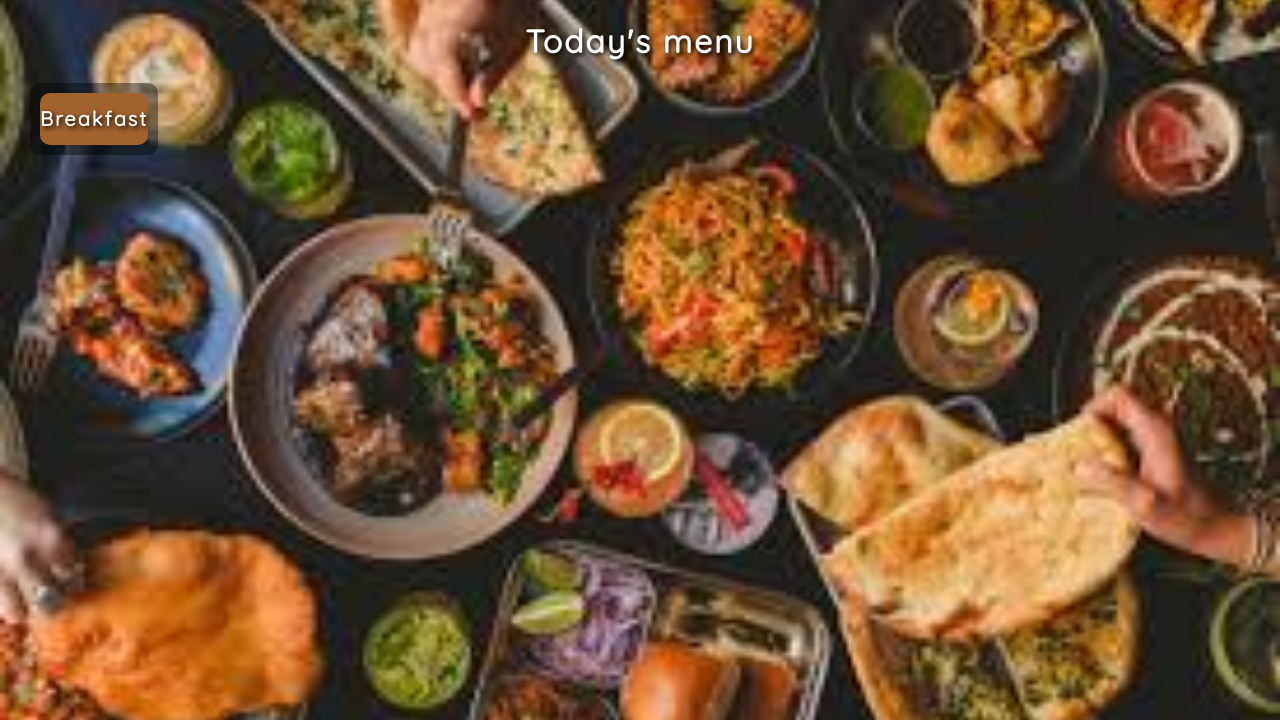
Repository: Anasooya2601/drag-and-drop
Page: index.html
The author's editor kept a copy of each file at every save. The page is drawn from the files as they stood at one save, then again after the next save.
The browser window is 1280 px wide. The pictures show the whole page.

Above is the page before, as saved 2021-02-05 01:19:57.

### index.html
<!DOCTYPE html>
<html lang="en">
<head>
    <meta charset="UTF-8">
    <meta name="viewport" content="width=device-width, initial-scale=1.0">
    <title>Drag and Drop</title>
    <link rel="icon" type="image/png" href="favicon.png">
    <link rel="stylesheet" href="style.css">
</head>
<body>
    <h1 class="main-title">Today's menu</h1>
    <div class="drag-container">
        <ul class="drag-list">
<!-- breakfast column -->
<li class="drag-column backlog-column">
    <span class="header">
        <h1>Breakfast</h1>
    </span>
    <!-- breakfast-content -->
</li>
        </ul>
    </div>
    <!-- Script -->
    <script src="script.js"></script>
</body>
</html>

### style.css
/* Trees Image - Pexels: https://www.pexels.com/photo/photo-of-trees-in-forest-3801030/ */
@import url("https://fonts.googleapis.com/css?family=Quicksand&display=swap");

html {
  box-sizing: border-box;
}

:root {
  --column-1: #a2622d;
  --column-2: #1b6161;
  --column-3: #248224;
  --column-4: #a22d22;
}

body {
  margin: 0;
  background: url("./food.jpg");
  background-size: cover;
  background-position: 50% 60%;
  background-attachment: fixed;
  color: white;
  font-family: Quicksand, sans-serif;
  overflow-y: hidden;
}

h1 {
  letter-spacing: 2px;
  text-shadow: 2px 2px 5px black;
}

.main-title {
  text-align: center;
  font-size: 3rem;
}

ul {
  list-style-type: none;
  margin: 0;
  padding: 0;
}

.drag-container {
  margin: 20px;
}

.drag-list {
  display: flex;
  align-items: flex-start;
}

/* Columns */
.drag-column {

  margin: 0 10px;
  position: relative;
  background-color: rgba(0, 0, 0, 0.4);
  border-radius: 10px;
  overflow-x: hidden;
}

.backlog-column .header,
.backlog-column .solid,
.backlog-column .solid:hover,
.backlog-column .over {
  background-color: var(--column-1);
}

.progress-column .header,
.progress-column .solid,
.progress-column .solid:hover,
.progress-column .over {
  background-color: var(--column-2);
}

.complete-column .header,
.complete-column .solid,
.complete-column .solid:hover,
.complete-column .over {
  background-color: var(--column-3);
}

.on-hold-column .header,
.on-hold-column .solid,
.on-hold-column .solid:hover,
.on-hold-column .over {
  background-color: var(--column-4);
}

/* Custom Scrollbar */
.custom-scroll {
  overflow-y: auto;
  max-height: 75vh;
}

.custom-scroll::-webkit-scrollbar-track {
  box-shadow: inset 0 0 6px rgba(0, 0, 0, 0.4);
  border-radius: 10px;
  background-color: rgba(255, 255, 255, 0.3);
  margin-right: 5px;
}

.custom-scroll::-webkit-scrollbar {
  width: 10px;
}

.custom-scroll::-webkit-scrollbar-thumb {
  border-radius: 10px;
  box-shadow: inset 0 0 6px rgba(0, 0, 0, 0.3);
  background-color: rgba(0, 0, 0, 0.8);
}

.header {
  display: flex;
  justify-content: center;
  border-radius: 10px;
  margin: 10px;
}

.header h1 {
  font-size: 1.25rem;
}

/* Drag and Drop */
.over {
  padding: 50px 10px;
}

.drag-item-list {
  min-height: 50px;
}

.drag-item {
  margin: 10px;
  padding: 10px;
  height: fit-content;
  background-color: rgba(0, 0, 0, 0.8);
  border-radius: 10px;
  line-height: 1.5rem;
  letter-spacing: 1px;
  cursor: pointer;
}

.drag-item:focus {
  outline: none;
  background-color: white;
  color: black;
}

/* Add Button Group */
.add-btn-group {
  display: flex;
  justify-content: space-between;
}

.add-btn {
  margin: 10px;
  padding: 5px 10px;
  display: flex;
  align-items: center;
  cursor: pointer;
  width: fit-content;
  border-radius: 5px;
  transition: all 0.3s ease-in;
  user-select: none;
}

.add-btn:hover {
  background-color: rgba(255, 255, 255, 0.9);
  color: black;
}

.add-btn:active {
  transform: scale(0.97);
}

.solid {
  display: none;
}

.solid:hover {
  transition: unset;
  filter: brightness(95%);
  color: white;
}

.plus-sign {
  font-size: 1.5rem;
  margin-right: 5px;
  position: relative;
  top: -3px;
}

.add-container {
  margin: 10px;
  padding: 5px 10px;
  border-radius: 10px;
  background-color: rgba(255, 255, 255, 0.9);
  min-height: 100px;
  display: none;
}

.add-item {
  width: 100%;
  min-height: 100px;
  height: auto;
  background-color: white;
  border-radius: 10px;
  margin: 5px auto;
  resize: none;
  color: black;
  padding: 10px;
}

.add-item:focus {
  outline: none;
}

/* Media Query: Laptop */
@media screen and (max-width: 1800px) {
  .main-title {
    font-size: 2rem;
  }
}

/* Media Query: Large Smartphone (Vertical) */
@media screen and (max-width: 600px) {
  body {
    overflow-y: auto;
  }

  .drag-container {
    margin: 0;
  }

  .drag-list {
    display: block;
  }

  .drag-column {
    margin: 10px;
  }
}

### script.js
const addBtns = document.querySelectorAll('.add-btn:not(.solid)');
const saveItemBtns = document.querySelectorAll('.solid');
const addItemContainers = document.querySelectorAll('.add-container');
const addItems = document.querySelectorAll('.add-item');
// Item Lists
const itemLists = document.querySelectorAll('.drag-item-list');
const backlogList = document.getElementById('backlog-list');
const progressList = document.getElementById('progress-list');
const completeList = document.getElementById('complete-list');
const onHoldList = document.getElementById('on-hold-list');

// Items


// Initialize Arrays
let backlogListArray = [];
let progressListArray = [];
let completeListArray = [];
let onHoldListArray = [];

// Drag Functionality


// Get Arrays from localStorage if available, set default values if not
function getSavedColumns() {
  if (localStorage.getItem('backlogItems')) {
    backlogListArray = JSON.parse(localStorage.backlogItems);
    progressListArray = JSON.parse(localStorage.progressItems);
    completeListArray = JSON.parse(localStorage.completeItems);
    onHoldListArray = JSON.parse(localStorage.onHoldItems);
  } else {
    backlogListArray = ['Release the course', 'Sit back and relax'];
    progressListArray = ['Work on projects', 'Listen to music'];
    completeListArray = ['Being cool', 'Getting stuff done'];
    onHoldListArray = ['Being uncool'];
  }
}

// Set localStorage Arrays
function updateSavedColumns() {
  localStorage.setItem('backlogItems', JSON.stringify(backlogListArray));
  localStorage.setItem('progressItems', JSON.stringify(progressListArray));
  localStorage.setItem('completeItems', JSON.stringify(completeListArray));
  localStorage.setItem('onHoldItems', JSON.stringify(onHoldListArray));
}

// Create DOM Elements for each list item
function createItemEl(columnEl, column, item, index) {
  console.log('columnEl:', columnEl);
  console.log('column:', column);
  console.log('item:', item);
  console.log('index:', index);
  // List Item
  const listEl = document.createElement('li');
  listEl.classList.add('drag-item');

}

// Update Columns in DOM - Reset HTML, Filter Array, Update localStorage
function updateDOM() {
  // Check localStorage once

  // Backlog Column

  // Progress Column

  // Complete Column

  // On Hold Column

  // Run getSavedColumns only once, Update Local Storage


}

After the next save:
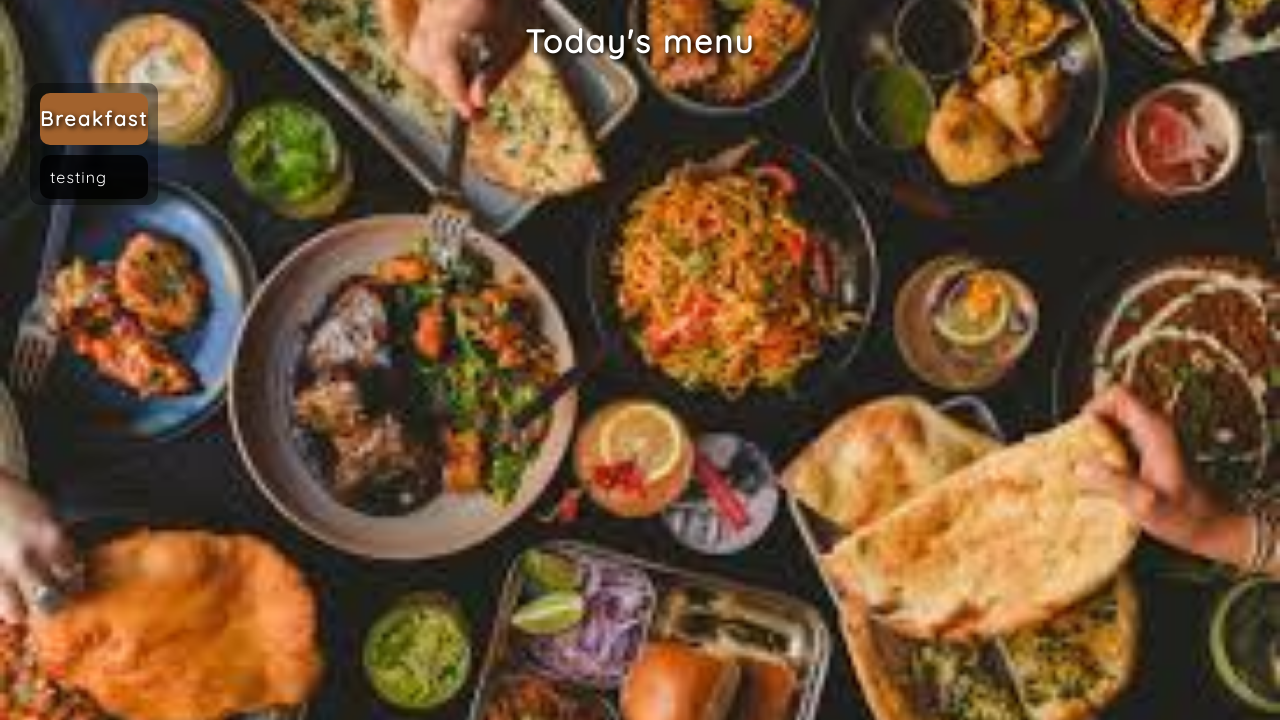
Saved 79 s later.
--- a/index.html
+++ b/index.html
@@ -17,6 +17,11 @@
         <h1>Breakfast</h1>
     </span>
     <!-- breakfast-content -->
+    <div id="backlog-content">
+        <ul class="drag-item-list"id= "backlog-list">
+            <li class="drag-item">testing</li>
+        </ul>
+    </div>
 </li>
         </ul>
     </div>
